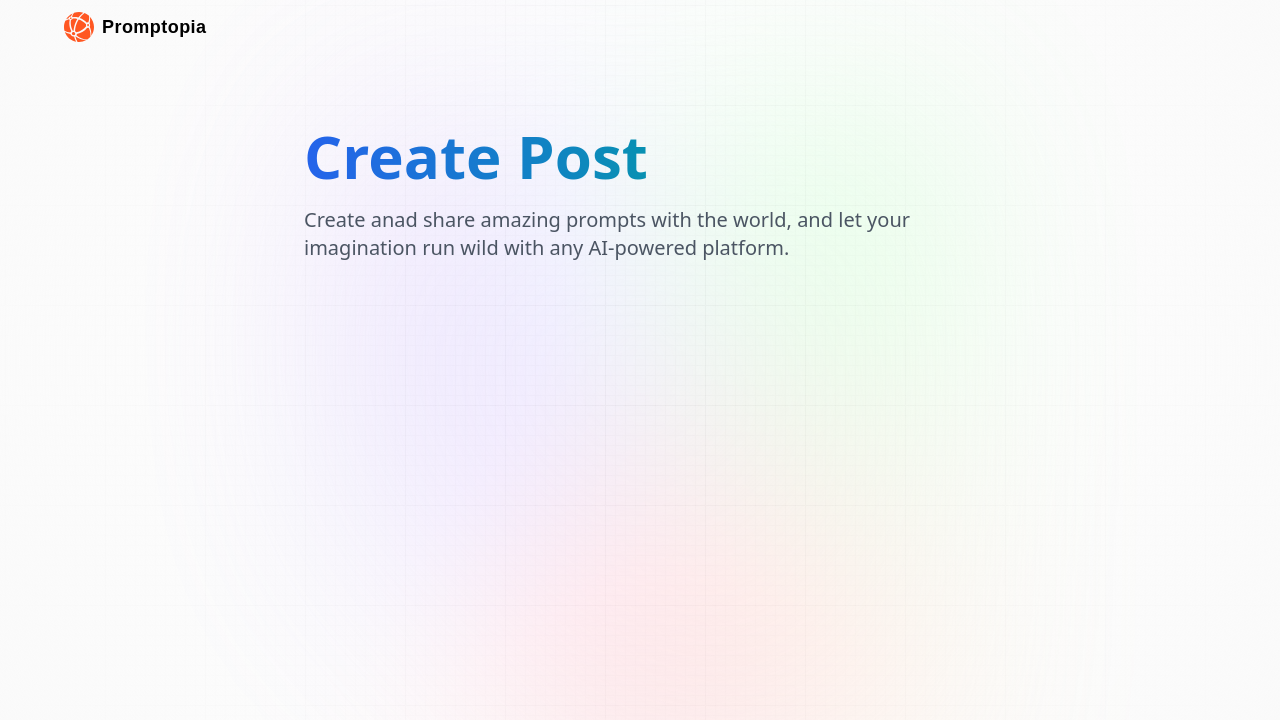
Repository: shraddesh123/promptAI
Page: /create-prompt
The author's editor kept a copy of each file at every save. The page is drawn from the files as they stood at one save, then again after a run of saves.
The browser window is 1280 px wide. The pictures show the whole page.
The page's requests for data from a server got no answer. The project was rebuilt for these pictures with package versions that can differ from the ones it lists, and the page was loaded fresh each time. The framework's server and built-in components were replaced by stand-ins that run in the browser. No one was signed in, and anything a server would have sent is missing. Also part of the build but not shown: next.config.mjs.

Above is the page before, as saved 2024-08-02 18:25:47.

### app/layout.jsx

import "@styles/global.css";
import Nav from "@components/Nav";
import Provider from "@components/Provider";


export const metadata = {
    title: "Promptopia",
    description: "Discover & Share AI Prompts",
};
//we did not returning anything like other components
const RootLayout = ({ children }) => (
    <html lang='en'>
        <body>
            <Provider>
                <div className='main'>
                    <div className='gradient' />
                </div>
                <main className='app'>
                    <Nav />
                    {children}
                </main>
            </Provider>
        </body>
    </html>
);

export default RootLayout;

### app/create-prompt/page.jsx
"use client";
import { useState } from "react"
import { useSession } from "next-auth/react";
import { useRouter } from "next/router";

import Form from "@components/Form";


const CreatePrompt = () => {
    const [Submitting, setSubmitting] = useState(false);
    const [Post, setPost] = useState({
        prompt: '',
        tag: '',
    });
    const createPrompt = async (e) => {

    }
    return (
        <div>
            <Form
                type="Create"
                post={Post}
                setPost={setPost}
                Submitting={Submitting}
                handleSubmit={createPrompt}
            />
        </div>
    )
}

export default CreatePrompt

### styles/global.css
@import url("https://fonts.googleapis.com/css2?family=Inter:wght@100;200;300;400;500;600;700;800;900&display=swap");

@tailwind base;
@tailwind components;
@tailwind utilities;

/*
  Note: The styles for this gradient grid background is heavily inspired by the creator of this amazing site (https://dub.sh) – all credits go to them!
*/

.main {
  width: 100vw;
  min-height: 100vh;
  position: fixed;
  display: flex;
  justify-content: center;
  padding: 120px 24px 160px 24px;
  pointer-events: none;
}

.main:before {
  background: radial-gradient(circle, rgba(2, 0, 36, 0) 0, #fafafa 100%);
  position: absolute;
  content: "";
  z-index: 2;
  width: 100%;
  height: 100%;
  top: 0;
}

.main:after {
  content: "";
  background-image: url("/assets/images/grid.svg");
  z-index: 1;
  position: absolute;
  width: 100%;
  height: 100%;
  top: 0;
  opacity: 0.4;
  filter: invert(1);
}

.gradient {
  height: fit-content;
  z-index: 3;
  width: 100%;
  max-width: 640px;
  background-image: radial-gradient(
      at 27% 37%,
      hsla(215, 98%, 61%, 1) 0px,
      transparent 0%
    ),
    radial-gradient(at 97% 21%, hsla(125, 98%, 72%, 1) 0px, transparent 50%),
    radial-gradient(at 52% 99%, hsla(354, 98%, 61%, 1) 0px, transparent 50%),
    radial-gradient(at 10% 29%, hsla(256, 96%, 67%, 1) 0px, transparent 50%),
    radial-gradient(at 97% 96%, hsla(38, 60%, 74%, 1) 0px, transparent 50%),
    radial-gradient(at 33% 50%, hsla(222, 67%, 73%, 1) 0px, transparent 50%),
    radial-gradient(at 79% 53%, hsla(343, 68%, 79%, 1) 0px, transparent 50%);
  position: absolute;
  content: "";
  width: 100%;
  height: 100%;
  filter: blur(100px) saturate(150%);
  top: 80px;
  opacity: 0.15;
}

@media screen and (max-width: 640px) {
  .main {
    padding: 0;
  }
}

/* Tailwind Styles */

.app {
  @apply relative z-10 flex justify-center items-center flex-col max-w-7xl mx-auto sm:px-16 px-6;
}

.black_btn {
  @apply rounded-full border border-black bg-red-500 py-1.5 px-5 text-white transition-all hover:bg-white hover:text-black text-center text-sm font-inter flex items-center justify-center;
}

.outline_btn {
  @apply rounded-full border border-black bg-transparent py-1.5 px-5 text-black transition-all hover:bg-black hover:text-white text-center text-sm font-inter flex items-center justify-center;
}

.head_text {
  @apply mt-5 text-5xl font-extrabold leading-[1.15] text-black sm:text-6xl;
}

.orange_gradient {
  @apply bg-gradient-to-r from-amber-500 via-orange-600 to-yellow-500 bg-clip-text text-transparent;
}

.green_gradient {
  @apply bg-gradient-to-r from-green-400 to-green-500 bg-clip-text text-transparent;
}

.blue_gradient {
  @apply bg-gradient-to-r from-blue-600 to-cyan-600 bg-clip-text text-transparent;
}

.desc {
  @apply mt-5 text-lg text-gray-600 sm:text-xl max-w-2xl;
}

.search_input {
  @apply block w-full rounded-md border border-gray-200 bg-white py-2.5 font-satoshi pl-5 pr-12 text-sm shadow-lg font-medium focus:border-black focus:outline-none focus:ring-0;
}

.copy_btn {
  @apply w-7 h-7 rounded-full bg-white/10 shadow-[inset_10px_-50px_94px_0_rgb(199,199,199,0.2)] backdrop-blur flex justify-center items-center cursor-pointer;
}

.glassmorphism {
  @apply rounded-xl border border-gray-200 bg-white/20 shadow-[inset_10px_-50px_94px_0_rgb(199,199,199,0.2)] backdrop-blur p-5;
}

.prompt_layout {
  @apply space-y-6 py-8 sm:columns-2 sm:gap-6 xl:columns-3;
}

/* Feed Component */
.feed {
  @apply mt-16 mx-auto w-full max-w-xl flex justify-center items-center flex-col gap-2;
}

/* Form Component */
.form_textarea {
  @apply w-full flex rounded-lg h-[200px] mt-2 p-3 text-sm text-gray-500 outline-0;
}

.form_input {
  @apply w-full flex rounded-lg mt-2 p-3 text-sm text-gray-500 outline-0;
}

/* Nav Component */
.logo_text {
  @apply max-sm:hidden font-satoshi font-semibold text-lg text-black tracking-wide;
}

.dropdown {
  @apply absolute right-0 top-full mt-3 w-full p-5 rounded-lg bg-white min-w-[210px] flex flex-col gap-2 justify-end items-end;
}

.dropdown_link {
  @apply text-sm font-inter text-gray-700 hover:text-gray-500 font-medium;
}

/* PromptCard Component */
.prompt_card {
  @apply flex-1 break-inside-avoid rounded-lg border border-gray-300 bg-white/20 bg-clip-padding p-6 pb-4 backdrop-blur-lg backdrop-filter md:w-[360px] w-full h-fit;
}

.flex-center {
  @apply flex justify-center items-center;
}

.flex-start {
  @apply flex justify-start items-start;
}

.flex-end {
  @apply flex justify-end items-center;
}

.flex-between {
  @apply flex justify-between items-center;
}

### components/Nav.jsx
"use client";
import Link from "next/link"
import Image from "next/image"
import { useState, useEffect } from "react"
import { signIn, signOut, useSession, getProviders } from 'next-auth/react'


const Nav = () => {

    const { data: session } = useSession();
    const [providers, setProviders] = useState(null);
    const [toggleDropdown, setToggleDropdown] = useState(false);

    useEffect(() => {//functional component to fetch the available authentication providers from the next-auth library
        const setUpProviders = async () => {
            const res = await getProviders();//the getProviders function is called and the result is stored in the res variable.
            setProviders(res);
            // The setProviders function is then called with the res variable to update the providers state variable.
        }
        setUpProviders();
    }, []);


    return (
        <nav className="flex-between w-full mb-16 pt-3">
            <Link
                href="/"
                className="flex gap-2 flex-center">

                <Image
                    src="/assets/images/logo.svg"
                    width={30}
                    height={30}
                    className="object-contain"
                    alt="logo"
                />

                <p className="logo_text">Promptopia</p>

            </Link>
            {/*desktop navigation*/}
            <div className="sm:flex hidden">
                {session?.user ? (
                    <div className="flex gap-3 md:gap-5">
                        <Link
                            href="/create-prompt"
                            className="black_btn"
                        >
                            Create Post
                        </Link>
                        <button
                            type="button"
                            onClick={signOut}
                            className="outline_btn">
                            Sign Out
                        </button>
                        <Link href="/profile">
                            <Image
                                src={session?.user.image}
                                width={37}
                                height={37}
                                className="rounded-full"
                                alt="profile"
                            />
                        </Link>
                    </div>
                ) : (
                    <>
                        {providers &&
                            Object.values(providers).map((provider) => (
                                <button
                                    type='button'
                                    key={provider.name}
                                    onClick={() => {
                                        signIn(provider.id);
                                    }}
                                    className='black_btn'
                                >
                                    Sign In
                                </button>
                            ))}
                    </>
                )}
            </div>
            {/*mobile navigation*/}
            <div className="sm:hidden flex relative">
                {session?.user ? (
                    <div className="flex">
                        <Image
                            src={session?.user.image}
                            width={30}
                            height={30}
                            className="object-contain cursor-pointer"
                            alt="profile"
                            onClick={() => setToggleDropdown(!toggleDropdown)}//prev is a reference to the previous value of the toggleDropdown state variable.!prev expression is used to toggle the value of prev. If prev is true, !prev will be false, and vice versa.
                        />
                        {toggleDropdown && (
                            <div className="dropdown">
                                <Link
                                    href='/profile'
                                    className='dropdown_link'
                                    onClick={() => setToggleDropdown(false)}
                                >
                                    My Profile
                                </Link>
                                <Link
                                    href='/create-prompt'
                                    className='dropdown_link'
                                    onClick={() => setToggleDropdown(false)}
                                >
                                    Create Post
                                </Link>
                                <button
                                    type="button"
                                    onClick={() => {
                                        setToggleDropdown(false);
                                        signOut();
                                    }}
                                    className="mt-5 w-full black_btn"
                                >
                                    Sign Out
                                </button>
                            </div>
                        )}
                    </div>
                )
                    :
                    (
                        <>
                            {providers &&
                                Object.values(providers).map((provider) => (
                                    <button
                                        type='button'
                                        key={provider.name}
                                        onClick={() => {
                                            signIn(provider.id);
                                        }}
                                        className='black_btn'
                                    >
                                        Sign in
                                    </button>
                                ))}
                        </>
                    )}
            </div>
        </nav>
    )
}

export default Nav

### components/Provider.jsx
"use client";
import { SessionProvider } from 'next-auth/react'

const Provider = ({ children, session }) => {

  return (
    <SessionProvider session={session}>
      {children}
    </SessionProvider>
  )
}

export default Provider

### components/Form.jsx
import Link from "next/link"

const Form = ({ type, post, setPost, Submitting, handleSubmit }) => {
  return (
    <section className="w-full max-w-full flex-start flex-col">
      <h1 className="head_text text-left "> <span className="blue_gradient">{type} Post</span></h1>
      <p className="desc text-left max-w-md">
        {type} anad share amazing prompts with the world, and let your imagination run wild with any AI-powered platform.
      </p>
      <form
        onSubmit={handleSubmit}
        className="mt-10 w-full max-w-2xl flex flex-col gap-7 ">

      </form>
    </section>
  )
}

export default Form

Loaded but not shown: tailwind.config.js (common file)

After the next 3 saves:
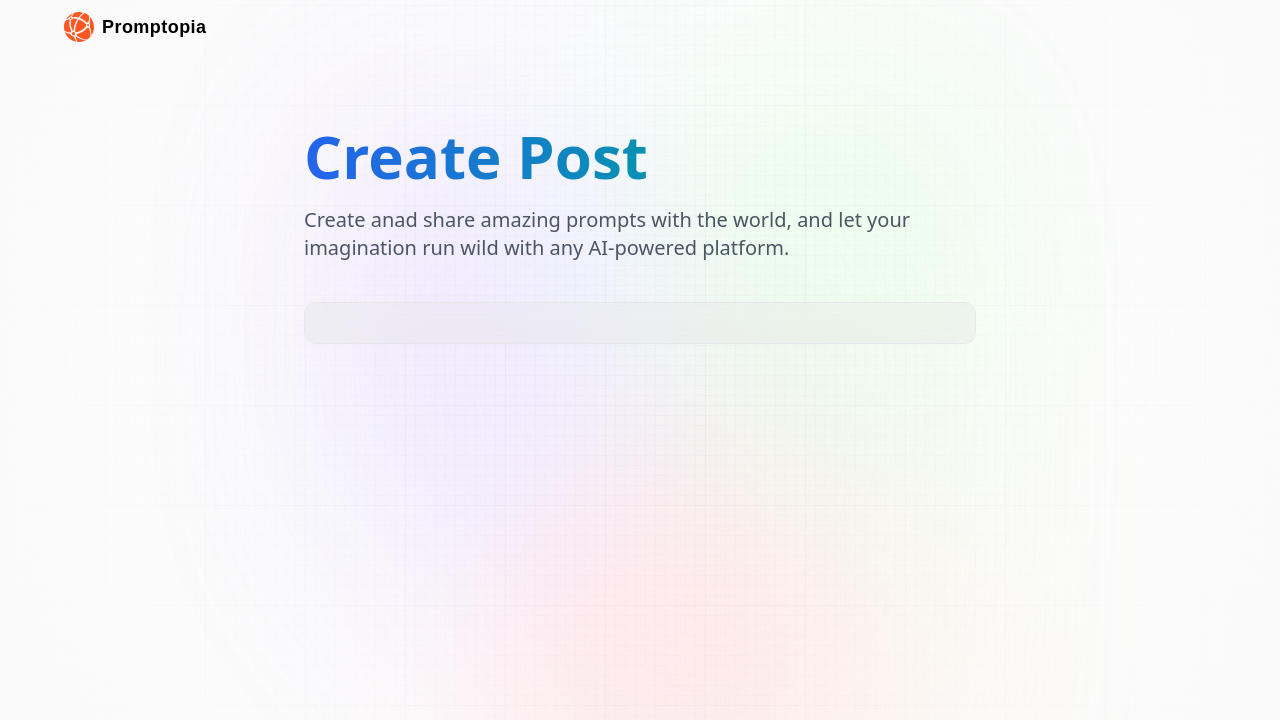
The 3 saves are shown as one change because they came seconds apart.
The last was saved 17 s later.
--- a/components/Form.jsx
+++ b/components/Form.jsx
@@ -9,7 +9,7 @@ const Form = ({ type, post, setPost, Submitting, handleSubmit }) => {
       </p>
       <form
         onSubmit={handleSubmit}
-        className="mt-10 w-full max-w-2xl flex flex-col gap-7 ">
+        className="mt-10 w-full max-w-2xl flex flex-col gap-7 glassmorphism">
 
       </form>
     </section>
